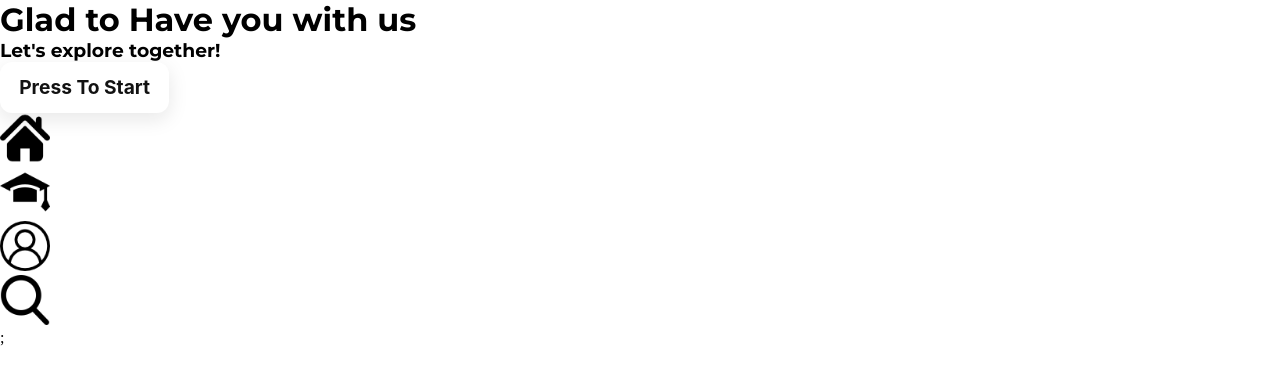
Repository: 1medi/pocketprof
Page: /
These files come from the project's save history. The page is drawn as it stood at one moment and after the next save; the edit follows.
The browser window is 1280 px wide. The pictures show the whole page.
The project was rebuilt for these pictures with package versions that can differ from the ones it lists, and the page was loaded fresh each time. The framework's server and built-in components were replaced by stand-ins that run in the browser. Also part of the build but not shown: next.config.mjs, Components/Buttons/Oscar/Oscar.module.css, Components/Buttons/Oscar/index.js.

Above is the page before, as saved 2024-04-21 20:56:00.

### pages/_app.js
import "@/styles/globals.css";

import { QueryClient, QueryClientProvider } from "react-query";

const queryClient = new QueryClient();

export default function App({ Component, pageProps }) {
  return (
  <QueryClientProvider client={queryClient}>
  <Component {...pageProps} />;
  </QueryClientProvider>
  );
}

### pages/index.js
import Head from "next/head";
import styles from "@/styles/QuizPage.module.css";
import Link from "next/link";
import NavBar from "@/Components/Navbar";
import { Montserrat } from "next/font/google";
import Button3 from "@/Components/Buttons/Button3";

const montserrat = Montserrat({ subsets: ['latin'] })

export default function Landing() {
  return (
    <>
      <Head>
        <title>Landing Page</title>
        <meta name="description" content="Sign in or sign up" />
        <meta name="viewport" content="width=430" />
        <link rel="icon" href="/favicon.ico" />
      </Head>
      <div className={styles.mobileContainer}>
      <main className={`${styles.main} ${montserrat.className}`}>
        <div className={styles.container}>
          <h1 className={styles.title}>Glad to Have you with us</h1>
          <div></div>
          <div className={styles.descriptionContainer}>
            <h3>Let's explore together!</h3>
          </div>
          <Link href='/quiz/page' className={styles.buttonContainer}>
            <Button3 name={"Press To Start"} />
          </Link>
        </div>
        <div></div>
      </main>
      <NavBar />
      </div>

    </>
  );
}

### styles/globals.css
:root {
background-color: white;
align-content: center;
--main-color-purple: #53239B;
--main-color-lightpurple: #CCBFED;
--secondary-color-blue: #9AB7F9;
--secondary-color-lightblue: #CCE3FB;

--font-header: 34pt ;
--font-section-header: 28pt;
--font-sub-header: 24pt;
--font-button: 16pt;
--font-body: 16pt;
--font-secondary: 14pt;
--font-tertiary:12pt;

--headings: "Montserrat", "sans-serif";
--body-text: "Noto Sans", sans-serif;

}


* {
    padding: 0;
    margin: 0;
  }

  ol,
  ul {
    list-style: none;
  }

### styles/QuizPage.module.css
@media only screen and (max-width:430px) {
  .main {
  overflow-x: hidden;
  justify-content: center;
  display: flex;
}

.container {
  max-width: 400px;
  max-height: 932px;
  width: 100%;
  background-color: #8CACF4;
  position: relative;
  display: flex;
  flex-direction: column;
  margin-top: 100px;
  border-radius: 10px;
  z-index: 1;
}

.title{
  text-align: center;
  padding:10px;
  font-family: "Montserrat", "sans-serif";
}

.descriptionContainer{
  text-align: center;
  padding:10px
}

.buttonContainer {
  text-align: center;
  padding: 10px;
}

.backgroundArt {
  z-index: 999;
  position: relative;
  bottom: 200px;
}
}

### Components/Navbar/index.js
import styles from "./Navbar.module.css"
import Oscar from "@/Components/Buttons/Oscar"
import Link from "next/link"
import Home from "@/public/img/home-icon-silhouette.png"
import Image from "next/image"
import Learn from "@/public/img/learn.png"
import Profile from "@/public/img/navuser.png"
import Search from "@/public/img/search.png"

export default function NavBar() {
  return (
    <nav className={styles.nav}>
      <div className={styles.navContainer}>
        <ul className={styles.navOptions}>
          <li className={styles.navLink}>
            <Link href={'/Home'} className={styles.navText}>
              <Image
              className={styles.image}
              src={Home}
              width={50}
              height={50}
              />
            </Link>
          </li>
          <li className={styles.navLink}>
            <Link href={'/Courses'} className={styles.navText}>
              <Image
              className={styles.image}
              src={Learn}
              width={50}
              height={50}
              />
            </Link>
          </li>
          <li className={styles.navLink}>
            <Link href={'/Profile'} className={styles.navText}>
              <Image
              className={styles.image}
              src={Profile}
              width={50}
              height={50}
              />
            </Link>
          </li>
          <li className={styles.navLink}>
            <Link href={'/QuizPage'} className={styles.navText}>
              <Image
              className={styles.image}
              src={Search}
              width={50}
              height={50}
              />

            </Link>
          </li>
        </ul>
      </div>
    </nav>
  )
}

### Components/Buttons/Button3/index.js
import styles from "./Button3.module.css"

export default function Button3({
  name
}){
  return (
    <>
    <button className={styles.button}>{name}</button>
    </>
  )
}

### Components/Navbar/Navbar.module.css
@media only screen and (max-width:430px) {
  .nav {
  position: fixed;
  bottom: 0;
  left: 0;
  width: 100%;
  display: flex;
  flex-direction: row;
  background-color:var(--main-color-lightpurple);
  justify-content: space-around;
}

.navContainer{
  position: relative;
  justify-content: space-around;
  width: 100%;
}
.buttonContainer{
  padding:10px;

}

.navOptions{
  display: flex;
  flex-direction: row;
  text-align: center;
  justify-content: space-around;
  padding: 10px;
  text-decoration: none;
}

.navLink{
  padding: 10px;
  border-radius: 10px;
  text-decoration: none;
  list-style: none;
  position: relative;
  justify-content: center;
}

.image:hover{
  background-color: #8b82a4;
}

.navText{
  text-decoration: none;
  list-style: none;
  color:black;
}

.navText:visited{
  text-decoration: none;
  list-style: none;
  color: black;
}

.oscar{
  position:relative
}
}

### Components/Buttons/Button3/Button3.module.css
.button {
  align-items: center;
  background-color: #fff;
  border-radius: 12px;
  box-shadow: transparent 0 0 0 3px,rgba(18, 18, 18, .1) 0 6px 20px;
  box-sizing: border-box;
  color: #121212;
  cursor: pointer;
  display: inline-flex;
  flex: 1 1 auto;
  font-family: Inter,sans-serif;
  font-size: 1.2rem;
  font-weight: 700;
  justify-content: center;
  line-height: 1;
  margin: 0;
  outline: none;
  padding: 1rem 1.2rem;
  text-align: center;
  text-decoration: none;
  transition: box-shadow .2s,-webkit-box-shadow .2s;
  white-space: nowrap;
  border: 0;
  user-select: none;
  -webkit-user-select: none;
  touch-action: manipulation;
}

.button:hover {
  box-shadow: #121212 0 0 0 3px, transparent 0 0 0 0;
}

Loaded but not shown: pages/_document.js (common file)

After the next save:
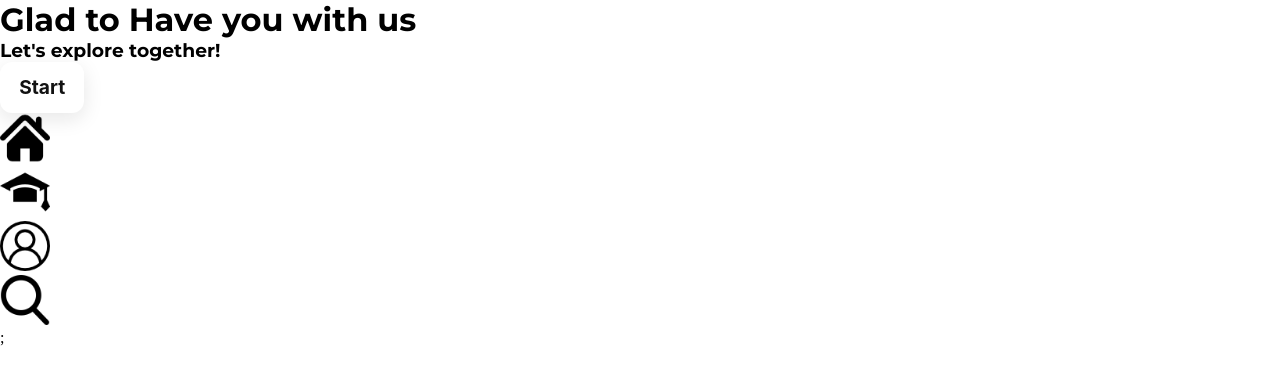
Saved 2 min 10 s later.
--- a/pages/index.js
+++ b/pages/index.js
@@ -25,7 +25,7 @@ export default function Landing() {
             <h3>Let's explore together!</h3>
           </div>
           <Link href='/quiz/page' className={styles.buttonContainer}>
-            <Button3 name={"Press To Start"} />
+            <Button3 name={"Start"} />
           </Link>
         </div>
         <div></div>
